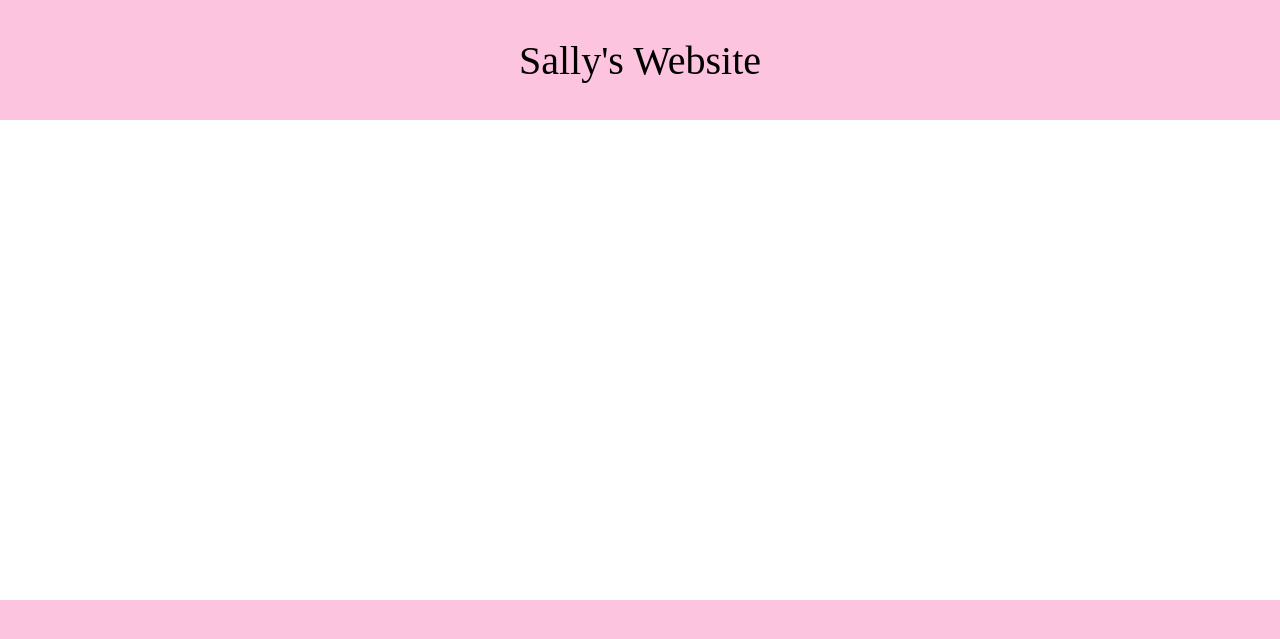
Repository: tianjiewang2022/tianjiewang2022.github.io
Page: index.html
An editor plug-in stored every save of this project. The page is shown before and after the next save, followed by the edit.
The browser window is 1280 px wide. The pictures show the whole page.

Above is the page before, as saved 2023-10-02 21:10:45.

### index.html
<!DOCTYPE html>
<html lang="en">

    <head>
        <meta charset="UTF-8">
        <meta name="viewport" content="width=device-width, initial-scale=1.0">
        <title>Sally's Webpage</title>
        <style>
            body {
                margin: 0;
                padding: 0;
                display: grid;
                grid-template-rows: repeat(6, 1fr);
                grid-template-columns: repeat(6, 1fr);
                height: 100vh;
            }

            header {
                background-color: rgb(252, 196, 223);
                color: rgb(0, 0, 0);
                grid-column: 1 / span 6;
                grid-row: 1 / span 1;
                display: flex;
                justify-content: center;
                align-items: center;
                font-size: 40px;
                z-index: 100;
                height: calc(100vh / 6);
                /* Set the height of the header */
            }

            .left_bar {
                background-color: rgb(252, 196, 223);
                grid-row: 2 / span 4;
                grid-column: 1 / span 1;
                position: fixed;
                height: calc(4 * (100vh / 6));
                /* Set the height of the left bar */
            }

            .main_area {
                background-color: rgb(252, 196, 223);
                grid-row: 2 / span 4;
                grid-column: 2 / span 4;
                display: flex;
                justify-content: center;
                align-items: center;
                position: relative;
            }

            .right_bar {
                background-color: rgb(252, 196, 223);
                grid-row: 2 / span 4;
                grid-column: 6 / span 1;
                position: fixed;
                height: calc(4 * (100vh / 6));
                /* Set the height of the right bar */
            }

            footer {
                background-color: rgb(252, 196, 223);
                grid-column: 1 / span 6;
                grid-row: 6 / span 1;
                /* Place the footer in the last row */
                display: flex;
                justify-content: center;
                align-items: center;
                z-index: 100;
                height: calc(100vh / 6);
                /* Set the height of the footer */
            }
        </style>
    </head>

    <body>
        <header>
            Sally's Website
        </header>
        <div>
            <!-- Your content goes here -->
            <span class="left_bar"></span>
            <span class="main_area"></span>
            <span class="right_bar"></span>
        </div>
        <footer></footer>
    </body>

</html>

After the next save:
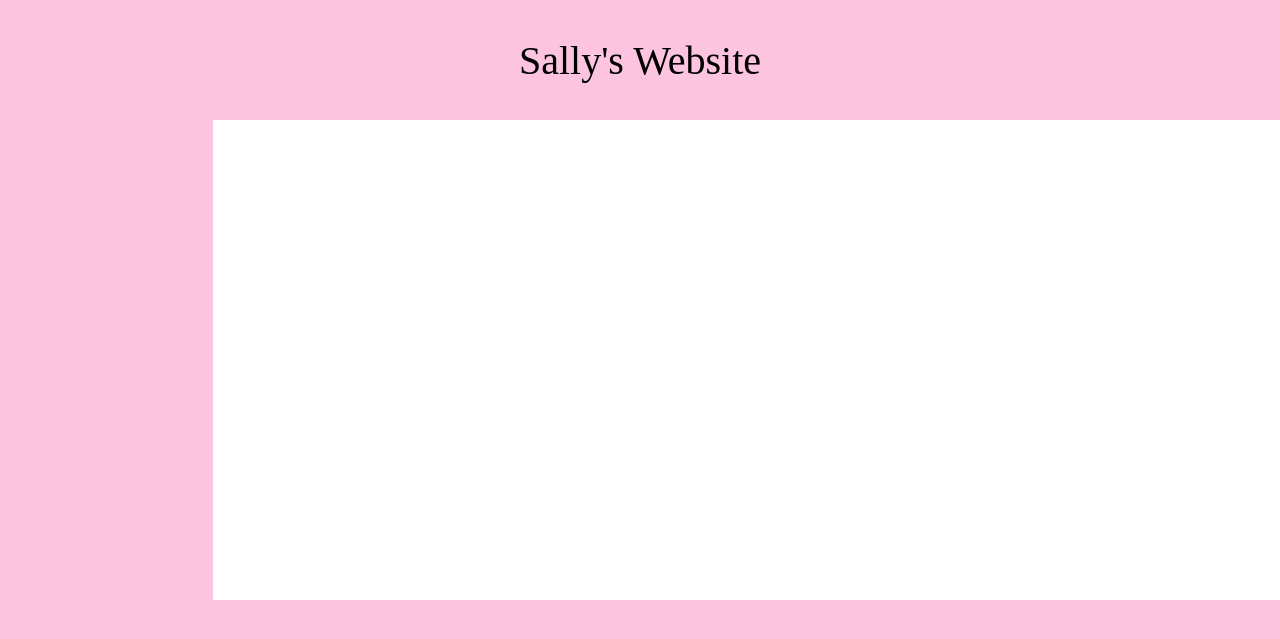
Saved 22 min 11 s later.
--- a/index.html
+++ b/index.html
@@ -36,6 +36,10 @@
                 position: fixed;
                 height: calc(4 * (100vh / 6));
                 /* Set the height of the left bar */
+                width: calc(1 * (100vw / 6));
+                /* Set the width of the left bar */
+                left: 0;
+                /* Position the left bar at the left side */
             }
 
             .main_area {
